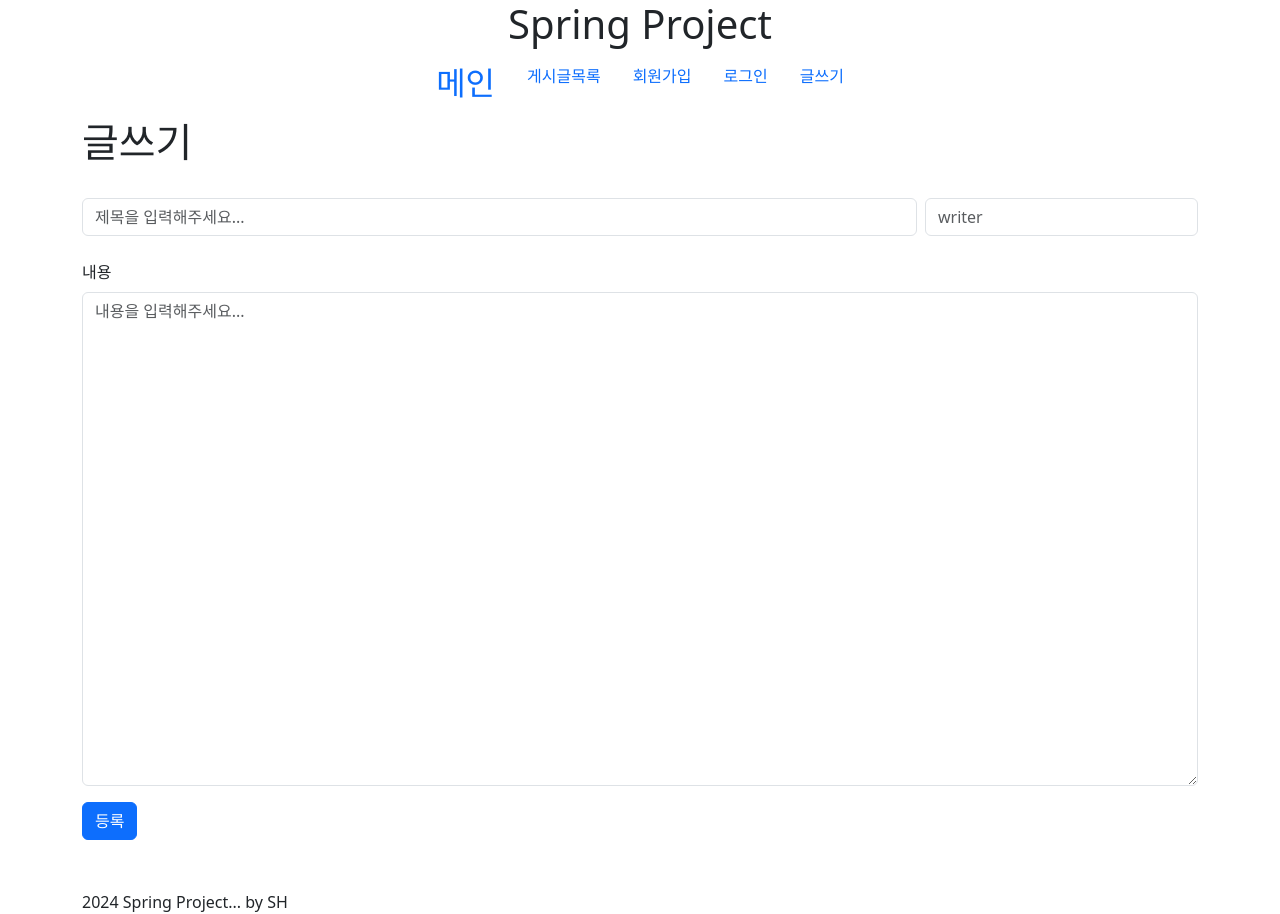
Repository: dtkd19/spring_personal_project
Page: http://localhost/myproject/WEB-INF/views/board/register.jsp
The author's editor kept a copy of each file at every save. The page is drawn from the files as they stood at one save, then again after a run of saves.
The browser window is 1280 px wide. The pictures show the whole page.
The page is served by Tomcat 9. Nobody is signed in. Other server files are loaded and not shown. The template is opened directly, without the code that normally fills it, so the values that code supplies are empty.

Above is the page before, as saved 2024-11-07 01:41:19.

### myproject/src/main/webapp/WEB-INF/views/board/register.jsp
<%@ page language="java" contentType="text/html; charset=UTF-8"
	pageEncoding="UTF-8"%>
<%@ taglib uri="http://java.sun.com/jsp/jstl/core" prefix="c"%>

<jsp:include page="../layout/header.jsp" />

<div class="container-md">
	<h1>글쓰기</h1>
	<br>
	<form action="/board/register" method="post">
		<div class="row g-2">
		  <div class="col-sm-9">
		   <input type="text"class="form-control" id="t" name="title" placeholder="제목을 입력해주세요...">
		  </div>
		  <div class="col-sm">
		    <input type="text" class="form-control" id="w" name="writer" placeholder="writer">
		  </div>
		</div>
		<div class="mb-3">
		<br>
			<label for="c" class="form-label">내용</label>
			<textarea class="form-control" id="c" rows="20" cols="5" name="content" placeholder="내용을 입력해주세요..."></textarea>
		</div>
		<button type="submit" class="btn btn-primary" id="regBtn">등록</button>
	</form>



</div>

<jsp:include page="../layout/footer.jsp" />

### myproject/src/main/webapp/WEB-INF/views/layout/header.jsp
<%@ page language="java" contentType="text/html; charset=UTF-8"
    pageEncoding="UTF-8"%><%@ taglib uri="http://java.sun.com/jsp/jstl/core" prefix="c"%>
<!DOCTYPE html>
<html>
<head>
<meta charset="UTF-8">
<title>header.jsp</title>
<link href="https://cdn.jsdelivr.net/npm/bootstrap@5.3.3/dist/css/bootstrap.min.css" rel="stylesheet" integrity="sha384-QWTKZyjpPEjISv5WaRU9OFeRpok6YctnYmDr5pNlyT2bRjXh0JMhjY6hW+ALEwIH" crossorigin="anonymous">
<script src="https://cdn.jsdelivr.net/npm/bootstrap@5.3.3/dist/js/bootstrap.bundle.min.js" integrity="sha384-YvpcrYf0tY3lHB60NNkmXc5s9fDVZLESaAA55NDzOxhy9GkcIdslK1eN7N6jIeHz" crossorigin="anonymous"></script>
</head>
<body>
<div class="container-md">
<h1 style="text-align: center;">
	Spring Project
</h1>
<ul class="nav justify-content-center">
  <li class="nav-item">
    <h2><a class="nav-link active" aria-current="page" href="/">메인</a></h2>
  </li>
  <li class="nav-item">
    <a class="nav-link" href="#">게시글목록</a>
  </li>
  <li class="nav-item">
    <a class="nav-link" href="#">회원가입</a>
  </li>
  <li class="nav-item">
    <a class="nav-link" href="#">로그인</a>
  </li>
  <li class="nav-item">
    <a class="nav-link" href="/board/register">글쓰기</a>
  </li>
</ul>




</div>
</body>
</html>

### myproject/src/main/webapp/WEB-INF/views/layout/footer.jsp
<%@ page language="java" contentType="text/html; charset=UTF-8"
    pageEncoding="UTF-8"%>
<%@ taglib uri="http://java.sun.com/jsp/jstl/core" prefix="c"%>

	<div class="container-md">
		<div style="margin-top: 50px">
		2024 Spring Project... by SH
		</div>
	</div>
</body>
</html>

After the next 3 saves:
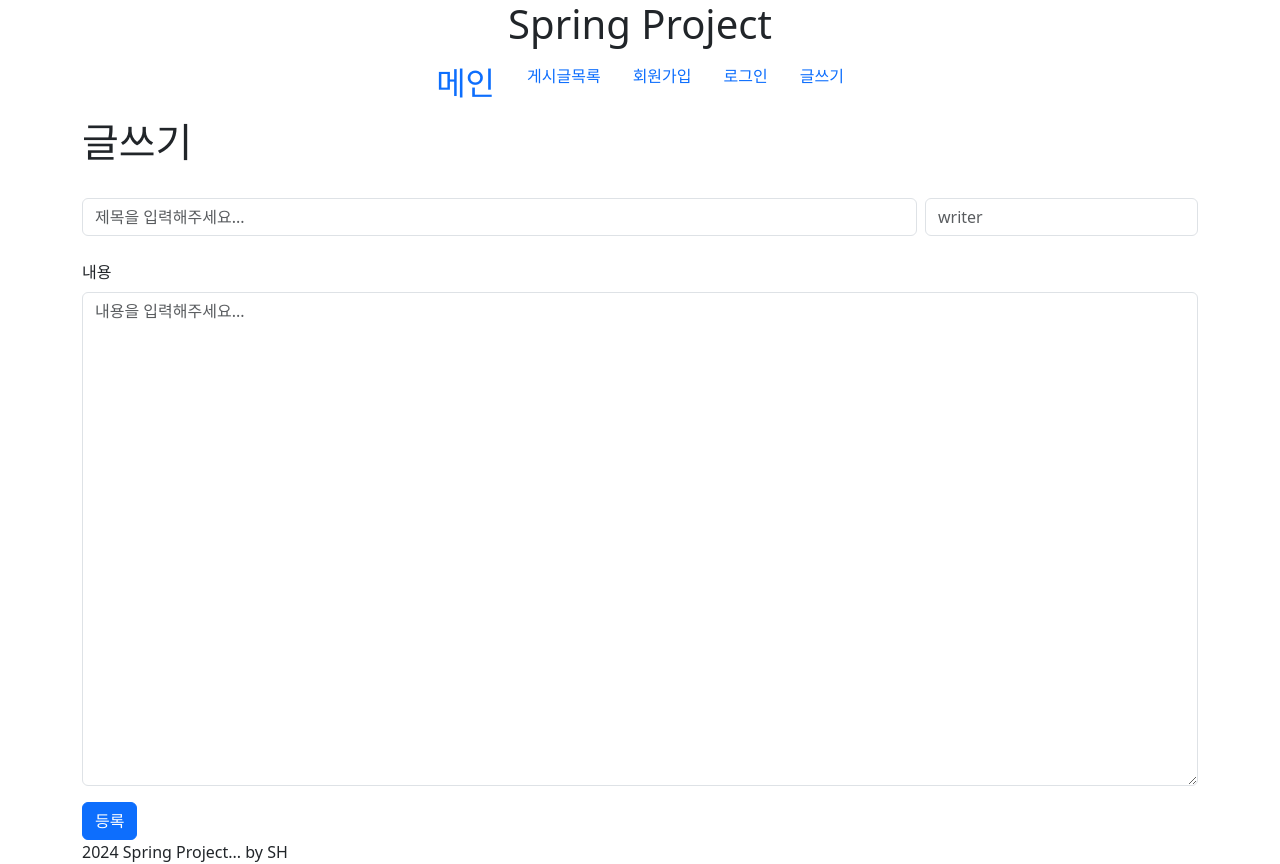
The 3 saves are shown as one change because they came seconds apart.
The last was saved 74 s later.
--- a/myproject/src/main/webapp/WEB-INF/views/layout/footer.jsp
+++ b/myproject/src/main/webapp/WEB-INF/views/layout/footer.jsp
@@ -3,7 +3,7 @@
 <%@ taglib uri="http://java.sun.com/jsp/jstl/core" prefix="c"%>
 
 	<div class="container-md">
-		<div style="margin-top: 50px">
+		<div style=" vertical-align: middle, margin-top: 50px">
 		2024 Spring Project... by SH
 		</div>
 	</div>

After the 4 saves that followed:
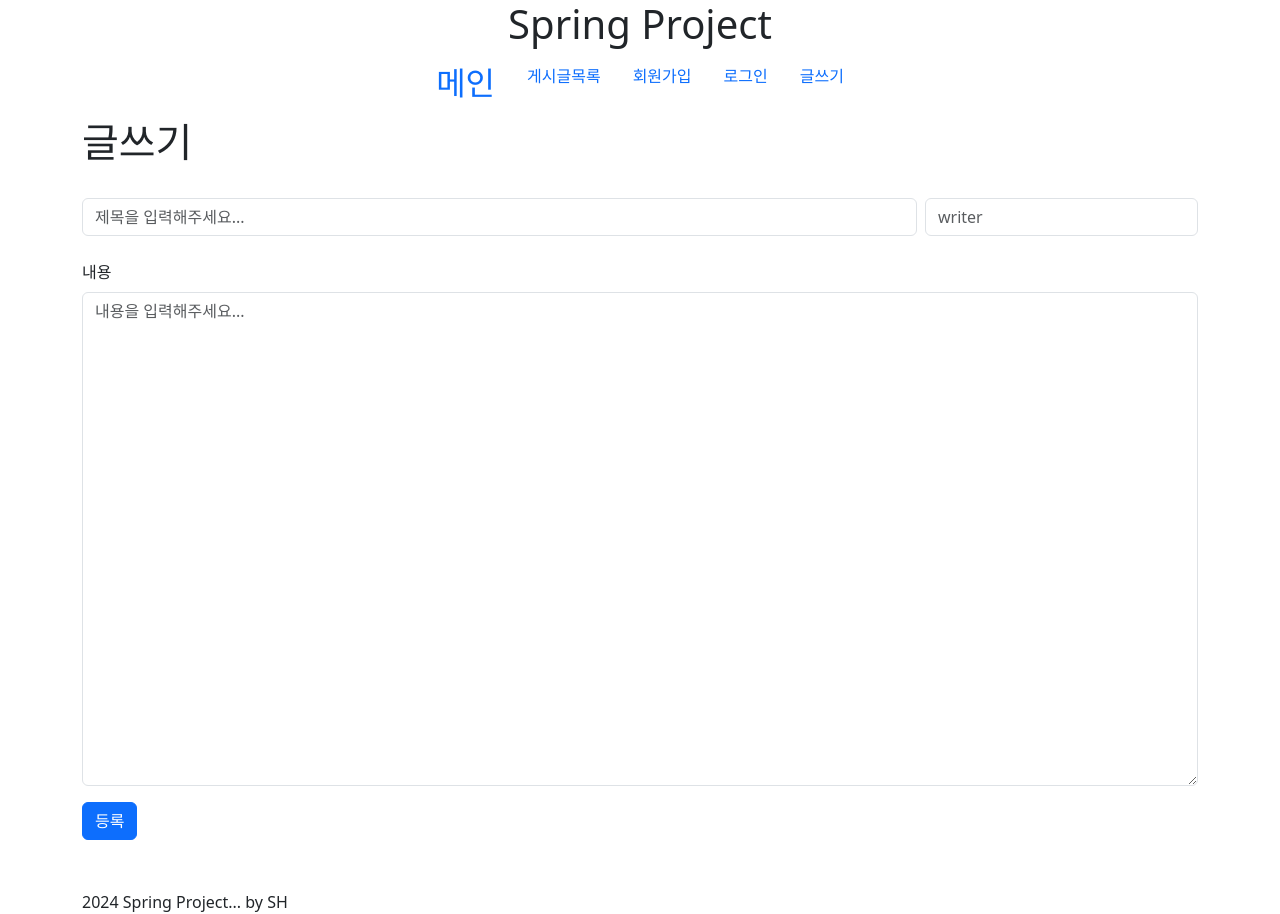
The 4 saves are shown as one change because 3 left the picture as it was.
The last was saved 66 s later.
--- a/myproject/src/main/webapp/WEB-INF/views/layout/footer.jsp
+++ b/myproject/src/main/webapp/WEB-INF/views/layout/footer.jsp
@@ -3,7 +3,7 @@
 <%@ taglib uri="http://java.sun.com/jsp/jstl/core" prefix="c"%>
 
 	<div class="container-md">
-		<div style=" vertical-align: middle, margin-top: 50px">
+		<div style= "vertical-align: middle; margin-top: 50px" >
 		2024 Spring Project... by SH
 		</div>
 	</div>
